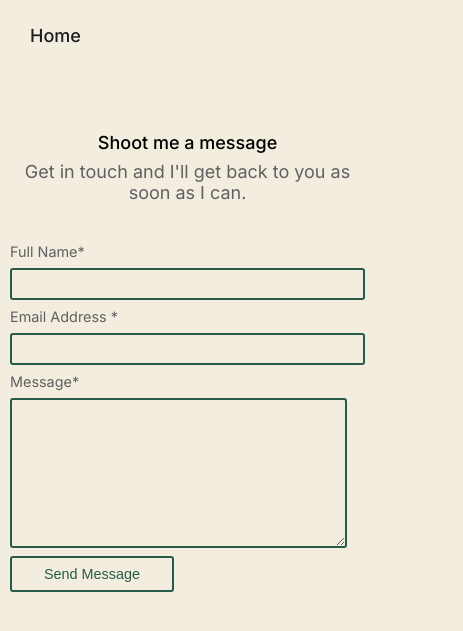
Repository: David-Waite/David-Waite-Portfolio
Page: /contact
The author's editor kept a copy of each file at every save. The page is drawn from the files as they stood at one save, then again after the next save.
The browser window is 375 px wide. The page is 375 px wide, then 463 px, then 375 px, so the pictures cover 463 px, including what lies to the right of the window. The pictures show the whole page.
The project was rebuilt for these pictures with package versions that can differ from the ones it lists, and the page was loaded fresh each time. The framework's server and built-in components were replaced by stand-ins that run in the browser. Also part of the build but not shown: next.config.js, app/components/Nav/NavButton/navButton.module.css, app/components/Nav/NavButton/NavButton.tsx.

Above is the page before, as saved 2023-07-26 20:14:32.

After the next save:
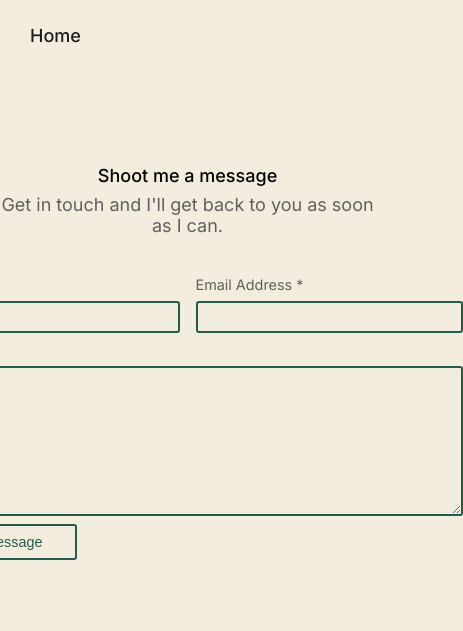
Saved 18 s later.
--- a/app/components/Contact/contact.module.css
+++ b/app/components/Contact/contact.module.css
@@ -147,7 +147,7 @@
   }
 }
 
-@media (max-width: 600px) {
+.btnSent @media (max-width: 600px) {
   .container {
     padding: 10px;
   }

After the save that followed:
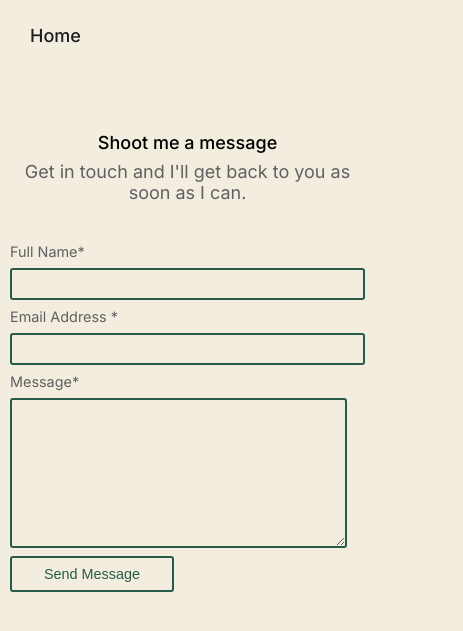
Saved 11 s later.
--- a/app/components/Contact/contact.module.css
+++ b/app/components/Contact/contact.module.css
@@ -147,7 +147,10 @@
   }
 }
 
-.btnSent @media (max-width: 600px) {
+.btnSent {
+  color: var(--white);
+}
+@media (max-width: 600px) {
   .container {
     padding: 10px;
   }
